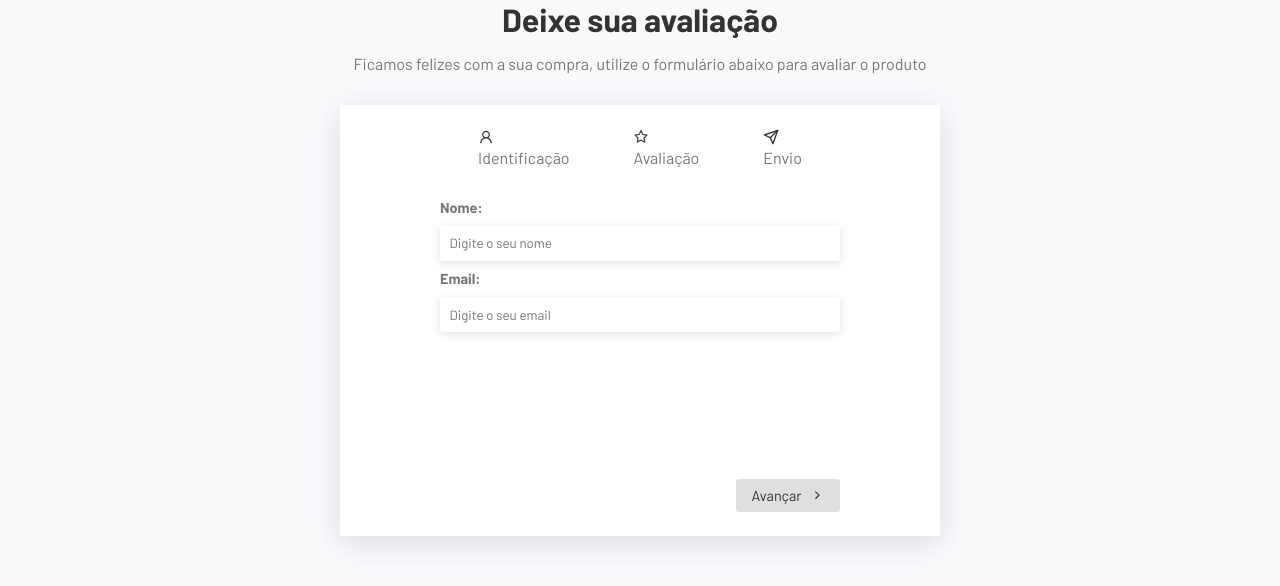
Repository: Bitroia/multistep_form_react
Page: / (app in multistep_form_react/)
These files come from the project's save history. The page is drawn as it stood at one moment and after a run of saves; the edit follows.
The browser window is 1280 px wide. The pictures show the whole page.
The project was rebuilt for these pictures with package versions that can differ from the ones it lists, and the page was loaded fresh each time. Also part of the build but not shown: multistep_form_react/vite.config.js, multistep_form_react/src/components/ReviewForm.jsx, multistep_form_react/src/components/Thanks.jsx.

Above is the page before, as saved 2026-06-12 14:29:15.

### multistep_form_react/index.html
<!doctype html>
<html lang="pt-br">
  <head>
    <meta charset="UTF-8" />
    <link rel="icon" type="image/svg+xml" href="/favicon.svg" />
    <link rel="preconnect" href="https://fonts.googleapis.com" />
    <link rel="preconnect" href="https://fonts.gstatic.com" crossorigin />
    <link
      href="https://fonts.googleapis.com/css2?family=Barlow:ital,wght@0,100;0,200;0,300;0,400;0,500;0,600;0,700;0,800;0,900;1,100;1,200;1,300;1,400;1,500;1,600;1,700;1,800;1,900&family=Lato:ital,wght@0,100;0,300;0,400;0,700;0,900;1,100;1,300;1,400;1,700;1,900&family=Montserrat:ital,wght@0,100..900;1,100..900&family=Roboto:ital,wght@0,100..900;1,100..900&display=swap"
      rel="stylesheet"
    />
    <meta name="viewport" content="width=device-width, initial-scale=1.0" />
    <title>Multistep Form com React</title>
  </head>
  <body>
    <div id="root"></div>
    <script type="module" src="/src/main.jsx"></script>
  </body>
</html>

### multistep_form_react/src/index.css
* {
  font-family: "Barlow";
  padding: 0;
  margin: 0;
  box-sizing: border-box;
  color: #333;
}

p {
  color: #777;
}

body {
  background-color: #f9fafc;
}

### multistep_form_react/src/App.jsx
//! Components
import { GrFormNext, GrFormPrevious } from "react-icons/gr";
import { FiSend } from "react-icons/fi";
import UserForm from "./components/UserForm";
import ReviewForm from "./components/ReviewForm";
import Thanks from "./components/Thanks";
import Steps from "./components/Steps";
import { useState } from "react";

//! Hooks

import { useForm } from "./hooks/UseForm";

import "./App.css";

function App() {
  const formComponents = [<UserForm />, <ReviewForm />, <Thanks />];

  const { currentStep, currentComponent, changeStep, isLastStep, isFirstStep } =
    useForm(formComponents);

  return (
    <div className="App">
      <div className="header">
        <h2>Deixe sua avaliação</h2>
        <p>
          Ficamos felizes com a sua compra, utilize o formulário abaixo para
          avaliar o produto
        </p>
      </div>
      <div className="form-container">
        <Steps currentStep={currentStep} />
        <form onSubmit={(e) => changeStep(currentStep + 1, e)}>
          <div className="inputs-container">{currentComponent}</div>
          <div className="actions">
            {!isFirstStep && (
              <button type="button" onClick={() => changeStep(currentStep - 1)}>
                <GrFormPrevious />
                <span>Voltar</span>
              </button>
            )}
            {!isLastStep ? (
              <button type="submit">
                <span>Avançar</span>
                <GrFormNext />
              </button>
            ) : (
              <button type="button">
                <span>Enviar</span>
                <FiSend />
              </button>
            )}
          </div>
        </form>
      </div>
    </div>
  );
}

export default App;

### multistep_form_react/src/components/UserForm.jsx
import React from "react";

const UserForm = () => {
  return (
    <div>
      <div className="form-control">
        <label htmlFor="name">Nome:</label>
        <input
          type="text"
          name="text"
          id="name"
          placeholder="Digite o seu nome"
          required
        />
        <label htmlFor="name">Email:</label>
        <input
          type="email"
          name="email"
          id="email"
          placeholder="Digite o seu email"
          required
        />
      </div>
    </div>
  );
};

export default UserForm;

### multistep_form_react/src/components/Steps.jsx
import React from "react";
import "./Steps.css";
import { AiOutlineUser, AiOutlineStar } from "react-icons/ai";
import { FiSend } from "react-icons/fi";

const Steps = ({currentStep}) => {
  return (
    <div className="steps">
      <div className="step active">
        <AiOutlineUser />
        <p>Identificação</p>
      </div>
      <div className={`step ${currentStep >= 1 ? "active" : ""}`}>
        <AiOutlineStar />
        <p>Avaliação</p>
      </div>
      <div className={`step ${currentStep >= 2 ? "active" : ""}`}>
        <FiSend />
        <p>Envio</p>
      </div>
    </div>
  );
};

export default Steps;

### multistep_form_react/src/hooks/useForm.jsx
import { useState } from "react";

export function useForm(steps) {
  const [currentStep, setCurrentStep] = useState(0);

  function changeStep(i, e) {
    if (e) e.preventDefault();

    if (i < 0 || i >= steps.length) return;

    setCurrentStep(i);
  }

  return {
    currentStep,
    currentComponent: steps[currentStep],
    changeStep,
    isLastStep: currentStep + 1 === steps.length ? true : false,
    isFirstStep: currentStep === 0 ? true : false,
  };
}

### multistep_form_react/src/App.css
.app {
  padding: 2rem;
}

/* Cabeçalho */

.header {
  text-align: center;
  margin-bottom: 2rem;
}

.header h2 {
  font-size: 2rem;
  margin-bottom: 1rem;
}

/* Forms */

.form-container {
  max-width: 600px;
  margin: 0 auto;
  background-color: #fff;
  padding: 1.5rem;
  box-shadow: rgba(100, 100, 111, 0.2) 0px 7px 29px 0px;
}

.form-container form {
  max-width: 400px;
  margin: 0 auto;
}

.inputs-container {
  min-height: 280px;
}

.form-control {
  display: flex;
  flex-direction: column;
  margin-bottom: 2rem;
  gap: 0.6rem;
}

label {
  font-weight: bold;
  font-size: 0.9rem;
  color: #777;
}

input,
textarea {
  padding: 0.6rem;
  border: none;
  border-radius: 3px;
  box-shadow: rgba(99, 99, 99, 0.2) 0px 2px 8px 0;
}

textarea {
  height: 120px;
}

/* Actions */

.actions {
  display: flex;
  justify-content: flex-end;
  gap: 1rem;
}

.actions button {
  font-size: 0.9rem;
  padding: 0.5rem 1rem;
  gap: 0.5rem;
  display: flex;
  align-items: center;
  border-radius: 3px;
  background-color: #dfdfdf;
  cursor: pointer;
  border: none;
  transition: 0.3s;
}

.actions button:hover{
    background-color: #cfcfcf;
}

### multistep_form_react/src/components/Steps.css
.steps{
    display: flex;
    gap: 4rem;
    justify-content: center;
    align-items: center;
    max-width: 400px;
    margin: 0 auto;
    position: relative;
    margin-bottom: 2rem;
}

.steps::after

Loaded but not shown: multistep_form_react/src/main.jsx (common file)

After the next 5 saves:
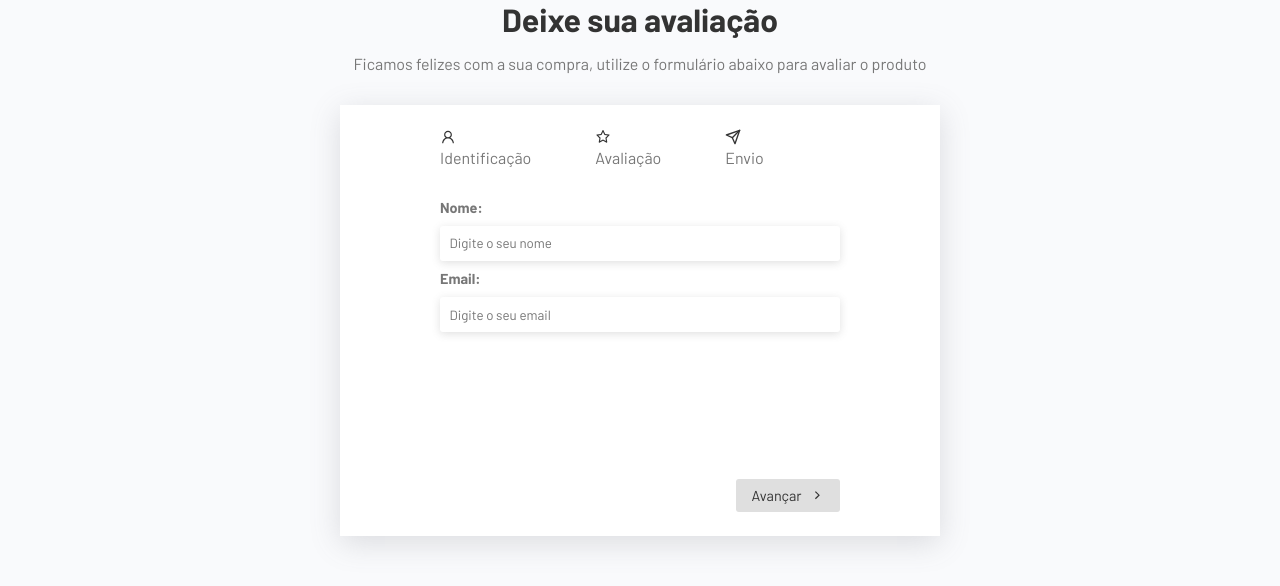
The 5 saves are shown as one change because they came seconds apart.
The last was saved 13 s later.
--- a/multistep_form_react/src/components/Steps.css
+++ b/multistep_form_react/src/components/Steps.css
@@ -9,4 +9,8 @@
     margin-bottom: 2rem;
 }
 
-.steps::after
+.steps::after{
+    content: "";
+    width: 380px;
+    bord
+}
